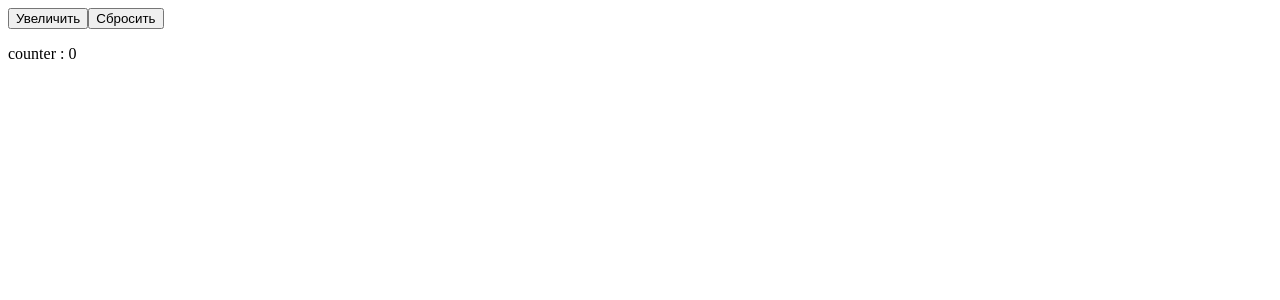
Repository: savannaaaas/todoUseState
Page: /
An editor plug-in stored every save of this project. The page is shown before and after the next save, followed by the edit.
The browser window is 1280 px wide. The pictures show the whole page.
The project was rebuilt for these pictures with package versions that can differ from the ones it lists, and the page was loaded fresh each time. Also part of the build but not shown: vite.config.js.

Above is the page before, as saved 2025-04-22 19:16:14.

After the next save:
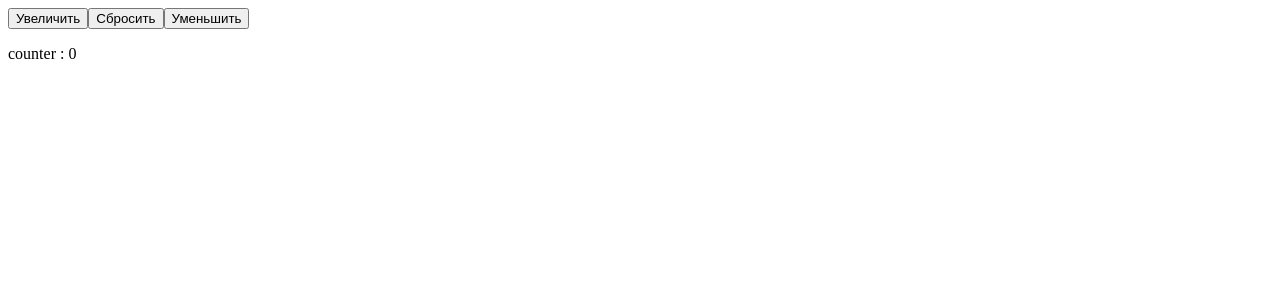
Saved 20 s later.
--- a/src/ParentComponent.jsx
+++ b/src/ParentComponent.jsx
@@ -14,6 +14,7 @@
         <div>
             <button onClick ={increment}>Увеличить</button>
             <button onClick = {reset}>Сбросить</button>
+            <button onClick = {decrement}>Уменьшить</button>
             <p>counter : {counter}</p>
         </div>
 
